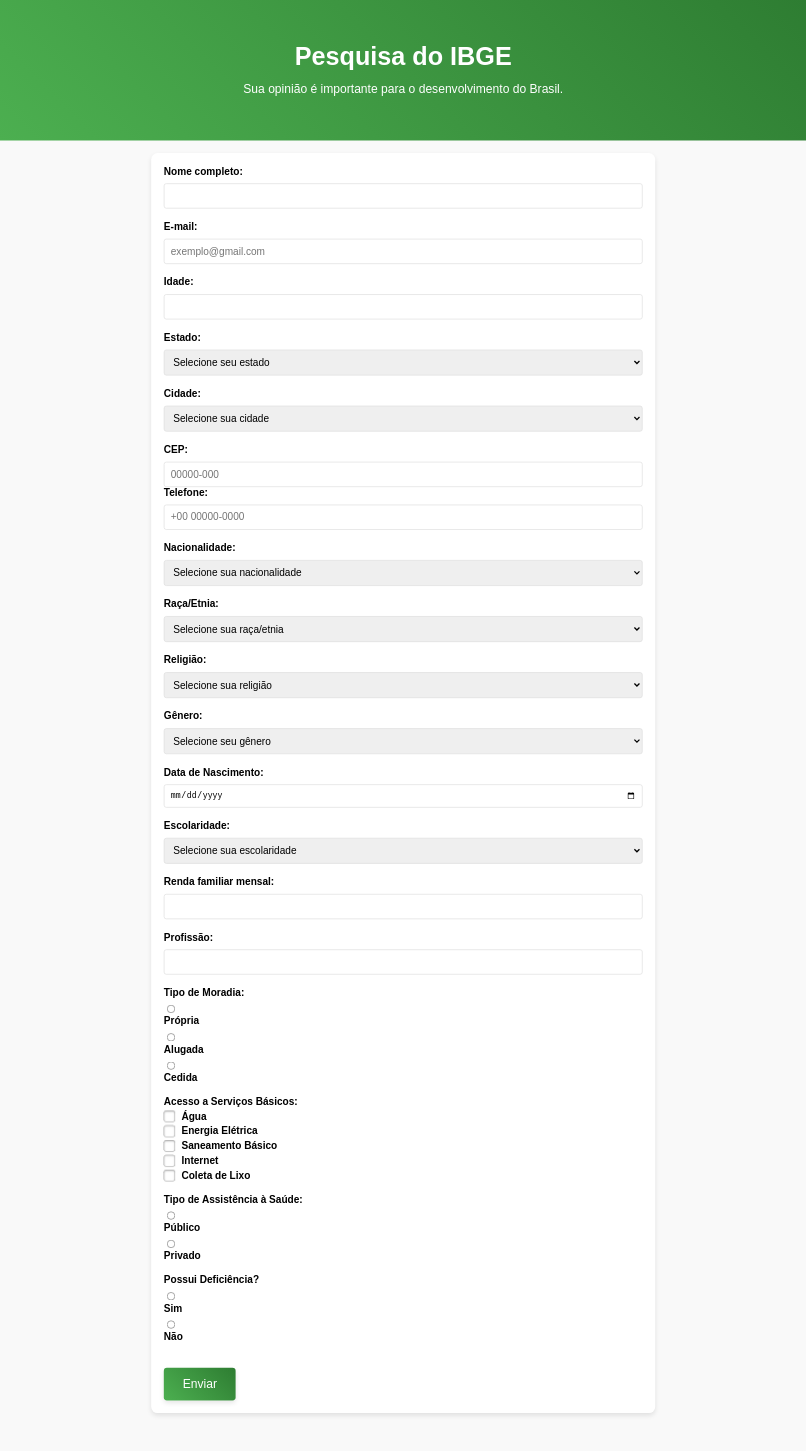
Repository: Gabrielb0rn/Projeto-Formul-rio.io
Page: index.html
The author's editor kept a copy of each file at every save. The page is drawn from the files as they stood at one save, then again after the next save.
The browser window is 1280 px wide. The pictures show the whole page, at 63% of full size.

Above is the page before, as saved 2024-07-01 09:23:23.

### index.html
<!DOCTYPE html>
<html lang="pt-BR">
<head>
    <meta charset="UTF-8">
    <meta name="viewport" content="width=device-width, initial-scale=1.0">
    <title>Pesquisa do IBGE</title>
    <link rel="stylesheet" href="assets/style.css">
</head>
<body>
    <header>
        <div class="container">
            <h1>Pesquisa do IBGE</h1>
            <p>Sua opinião é importante para o desenvolvimento do Brasil.</p>
        </div>
    </header>
    <main>
        <div class="container">
            <form id="form">
                <div class="form-group">
                    <label for="nome">Nome completo:</label>
                    <input type="text" id="nome" name="nome" required>
                </div>
                <div class="form-group">
                    <label for="email">E-mail:</label>
                    <input type="email" id="email" name="email" required placeholder="exemplo@gmail.com">
                </div>
                <div class="form-group">
                    <label for="idade">Idade:</label>
                    <input type="number" id="idade" name="idade" required>
                </div>
                <div class="form-group">
                    <label for="estado">Estado:</label>
                    <select id="estado" name="estado" required>
                        <option value="">Selecione seu estado</option>
                        <option value="AC">Acre</option>
                        <option value="AL">Alagoas</option>
                        <option value="AP">Amapá</option>
                        <option value="AM">Amazonas</option>
                        <option value="BA">Bahia</option>
                        <option value="CE">Ceará</option>
                        <option value="DF">Distrito Federal</option>
                        <option value="ES">Espírito Santo</option>
                        <option value="GO">Goiás</option>
                        <option value="MA">Maranhão</option>
                        <option value="MG">Minas Gerais</option>
                        <option value="MS">Mato Grosso do Sul</option>
                        <option value="MT">Mato Grosso</option>
                        <option value="PA">Pará</option>
                        <option value="PB">Paraíba</option>
                        <option value="PE">Pernambuco</option>
                        <option value="PI">Piauí</option>
                        <option value="PR">Paraná</option>
                        <option value="RJ">Rio de Janeiro</option>
                        <option value="RN">Rio Grande do Norte</option>
                        <option value="RO">Rondônia</option>
                        <option value="RR">Roraima</option>
                        <option value="RS">Rio Grande do Sul</option>
                        <option value="SC">Santa Catarina</option>
                        <option value="SE">Sergipe</option>
                        <option value="SP">São Paulo</option>
                        <option value="TO">Tocantins</option>
                    </select>
                </div>
                <div class="form-group inline-group">
                    <div class="form-group">
                        <label for="cidade">Cidade:</label>
                        <select id="cidade" name="cidade" required>
                            <option value="">Selecione sua cidade</option>
                        </select>
                    </div>
                </div>
                <div class="form-group inline-group">
                    <div>
                        <label for="cep">CEP:</label>
                        <input type="text" id="cep" name="cep" required placeholder="00000-000">
                    </div>
                    <div>
                        <label for="telefone">Telefone:</label>
                        <input type="tel" id="telefone" name="telefone" required placeholder="+00 00000-0000">
                    </div>
                </div>
                <div class="form-group">
                    <label for="nacionalidade">Nacionalidade:</label>
                    <select id="nacionalidade" name="nacionalidade" required>
                        <option value="">Selecione sua nacionalidade</option>
                        <option value="Brasileiro">Brasileiro</option>
                        <option value="Estrangeiro">Estrangeiro</option>
                    </select>
                </div>
                <div class="form-group">
                    <label for="raca">Raça/Etnia:</label>
                    <select id="raca" name="raca" required>
                        <option value="">Selecione sua raça/etnia</option>
                        <option value="Branca"></option>
                        <option value="Preta"></option>
                        <option value="Parda"></option>
                        <option value="Amarela"></option>
                        <option value="Indígena"></option>
                        <option value="Alien"></option>
                    </select>
                </div>
                <div class="form-group">
                    <label for="religiao">Religião:</label>
                    <select id="religiao" name="religiao" required>
                        <option value="">Selecione sua religião</option>
                        <option value="Católica"></option>
                        <option value="Evangélica"></option>
                        <option value="Espírita"></option>
                        <option value="Outras"></option>
                    </select>
                </div>
                <div class="form-group">
                    <label for="genero">Gênero:</label>
                    <select id="genero" name="genero" required>
                        <option value="">Selecione seu gênero</option>
                        <option value="Masculino">Masculino</option>
                        <option value="Feminino">Feminino</option>
                        <option value="Outro">Outro</option>
                    </select>
                </div>
                <div class="form-group">
                    <label for="data_nascimento">Data de Nascimento:</label>
                    <input type="date" id="data_nascimento" name="data_nascimento" required>
                </div>
                <div class="form-group">
                    <label for="escolaridade">Escolaridade:</label>
                    <select id="escolaridade" name="escolaridade" required>
                        <option value="">Selecione sua escolaridade</option>
                        <option value="Ensino Fundamental Incompleto">Ensino Fundamental Incompleto</option>
                        <option value="Ensino Fundamental Completo">Ensino Fundamental Completo</option>
                        <option value="Ensino Médio Incompleto">Ensino Médio Incompleto</option>
                        <option value="Ensino Médio Completo">Ensino Médio Completo</option>
                        <option value="Superior Incompleto">Superior Incompleto</option>
                        <option value="Superior Completo">Superior Completo</option>
                        <option value="Pós-Graduação">Pós-Graduação</option>
                    </select>
                </div>
                <div class="form-group">
                    <label for="renda">Renda familiar mensal:</label>
                    <input type="number" id="renda" name="renda" required>
                </div>
                <div class="form-group">
                    <label for="profissao">Profissão:</label>
                    <input type="text" id="profissao" name="profissao">
                </div>
                <div class="form-group radio-group">
                    <label>Tipo de Moradia:</label>
                    <div>
                        <input type="radio" id="propria" name="moradia" value="propria">
                        <label for="propria">Própria</label>
                    </div>
                    <div>
                        <input type="radio" id="alugada" name="moradia" value="alugada">
                        <label for="alugada">Alugada</label>
                    </div>
                    <div>
                        <input type="radio" id="cedida" name="moradia" value="cedida">
                        <label for="cedida">Cedida</label>
                    </div>
                </div>
                <div class="form-group checkbox-group">
                    <label>Acesso a Serviços Básicos:</label>
                    <div class="checkbox-wrapper-1">
                        <input id="agua" class="substituted" type="checkbox" name="servicos" value="agua">
                        <label for="agua">Água</label>
                    </div>
                    <div class="checkbox-wrapper-1">
                        <input id="energia" class="substituted" type="checkbox" name="servicos" value="energia">
                        <label for="energia">Energia Elétrica</label>
                    </div>
                    <div class="checkbox-wrapper-1">
                        <input id="saneamento" class="substituted" type="checkbox" name="servicos" value="saneamento">
                        <label for="saneamento">Saneamento Básico</label>
                    </div>
                    <div class="checkbox-wrapper-1">
                        <input id="internet" class="substituted" type="checkbox" name="servicos" value="internet">
                        <label for="internet">Internet</label>
                    </div>
                    <div class="checkbox-wrapper-1">
                        <input id="lixo" class="substituted" type="checkbox" name="servicos" value="lixo">
                        <label for="lixo">Coleta de Lixo</label>
                    </div>
                </div>
                <div class="form-group radio-group">
                    <label>Tipo de Assistência à Saúde:</label>
                    <div>
                        <input type="radio" id="publico" name="saude" value="publico">
                        <label for="publico">Público</label>
                    </div>
                    <div>
                        <input type="radio" id="privado" name="saude" value="privado">
                        <label for="privado">Privado</label>
                    </div>
                </div>
                <div class="form-group radio-group">
                    <label>Possui Deficiência?</label>
                    <div>
                        <input type="radio" id="sim" name="deficiencia" value="sim">
                        <label for="sim">Sim</label>
                    </div>
                    <div>
                        <input type="radio" id="nao" name="deficiencia" value="nao">
                        <label for="nao">Não</label>
                    </div>
                </div>
                <button type="submit" class="btn">Enviar</button>
            </form>
        </div>

    </main>
    <script src="assets\scripts.js"></script>
</body>
</html>

### assets/style.css
/* Estilos Globais */
body {
    font-family: 'Arial', sans-serif;
    margin: 0;
    padding: 0;
    background-color: #f9f9f9;
}

header {
    background: linear-gradient(45deg, #4CAF50, #2E7D32);
    color: white;
    padding: 20px 0;
    text-align: center;
}

.container {
    width: 90%;
    max-width: 800px;
    margin: 0 auto;
    padding: 20px;
}

/* Estilos de Texto */
h1 {
    font-size: 2.5em;
    margin-bottom: 10px;
}

p {
    font-size: 1.2em;
    margin-bottom: 30px;
}

/* Estilos do Formulário */
form {
    background-color: white;
    padding: 20px;
    border-radius: 10px;
    box-shadow: 0 4px 8px rgba(0, 0, 0, 0.1);
    margin-bottom: 40px;
}

.form-group {
    margin-bottom: 20px;
}

label {
    display: block;
    margin-bottom: 5px;
    font-weight: bold;
}

input, select {
    width: 100%;
    padding: 10px;
    border: 1px solid #ddd;
    border-radius: 4px;
    box-sizing: border-box;
    font-size: 1em;
    margin-top: 5px;
}

input[type="radio"], input[type="checkbox"] {
    width: auto;
    margin-right: 10px;
}

input[type="date"] {
    padding: 9px;
}

button {
    background: linear-gradient(45deg, #4CAF50, #2E7D32);
    color: white;
    border: none;
    padding: 15px 30px;
    text-align: center;
    cursor: pointer;
    border-radius: 5px;
    font-size: 1.2em;
    margin-top: 20px;
    transition: background 0.3s ease, transform 0.2s ease;
    box-shadow: 0 4px 8px rgba(0, 0, 0, 0.1);
}

button:hover {
    background: linear-gradient(45deg, #45a049, #388E3C);
    transform: translateY(-2px);
}

/* Estilos Responsivos */
@media (max-width: 600px) {
    h1 {
        font-size: 2em;
    }

    p {
        font-size: 1em;
    }

    form {
        padding: 15px;
    }

    button {
        width: 100%;
        padding: 15px;
    }
}

.checkbox-wrapper-1 *,
        .checkbox-wrapper-1 ::after,
        .checkbox-wrapper-1 ::before {
            box-sizing: border-box;
        }
        .checkbox-wrapper-1 [type=checkbox].substituted {
            display: none;
        }
        .checkbox-wrapper-1 [type=checkbox].substituted + label:before {
            content: "";
            display: inline-block;
            vertical-align: top;
            height: 1.15em;
            width: 1.15em;
            margin-right: 0.6em;
            color: rgba(0, 0, 0, 0.275);
            border: solid 0.06em;
            box-shadow: 0 0 0.04em, 0 0.06em 0.16em -0.03em inset, 0 0 0 0.07em transparent inset;
            border-radius: 0.2em;
            background: url('data:[embedded picture, 371 characters]') no-repeat center, white;
            background-size: 0;
            will-change: color, border, background, background-size, box-shadow;
            transform: translate3d(0, 0, 0);
            transition: color 0.1s, border 0.1s, background 0.15s, box-shadow 0.1s;
        }
        .checkbox-wrapper-1 [type=checkbox].substituted:enabled:active + label:before,
        .checkbox-wrapper-1 [type=checkbox].substituted:enabled + label:active:before {
            box-shadow: 0 0 0.04em, 0 0.06em 0.16em -0.03em transparent inset, 0 0 0 0.07em rgba(0, 0, 0, 0.1) inset;
            background-color: #f0f0f0;
        }
        .checkbox-wrapper-1 [type=checkbox].substituted:checked + label:before {
            background-color: #3B99FC;
            background-size: 0.75em;
            color: rgba(0, 0, 0, 0.075);
        }
        .checkbox-wrapper-1 [type=checkbox].substituted:checked:enabled:active + label:before,
        .checkbox-wrapper-1 [type=checkbox].substituted:checked:enabled + label:active:before {
            background-color: #0a7ffb;
            color: rgba(0, 0, 0, 0.275);
        }
        .checkbox-wrapper-1 [type=checkbox].substituted:focus + label:before {
            box-shadow: 0 0 0.04em, 0 0.06em 0.16em -0.03em transparent inset, 0 0 0 0.07em rgba(0, 0, 0, 0.1) inset, 0 0 0 3.3px rgba(65, 159, 255, 0.55), 0 0 0 5px rgba(65, 159, 255, 0.3);
        }
        .checkbox-wrapper-1 [type=checkbox].substituted:focus:active + label:before,
        .checkbox-wrapper-1 [type=checkbox].substituted:focus + label:active:before {
            box-shadow: 0 0 0.04em, 0 0.06em 0.16em -0.03em transparent inset, 0 0 0 0.07em rgba(0, 0, 0, 0.1) inset, 0 0 0 3.3px rgba(65, 159, 255, 0.55), 0 0 0 5px rgba(65, 159, 255, 0.3);
        }
        .checkbox-wrapper-1 [type=checkbox].substituted:disabled + label:before {
            opacity: 0.5;
        }
        .checkbox-wrapper-1 [type=checkbox].substituted.dark + label:before {
            color: rgba(255, 255, 255, 0.275);
            background-color: #222;
            background-image: url('data:[embedded picture, 389 characters]');
        }
        .checkbox-wrapper-1 [type=checkbox].substituted.dark:enabled:active + label:before,
        .checkbox-wrapper-1 [type=checkbox].substituted.dark:enabled + label:active:before {
            background-color: #444;
            box-shadow: 0 0 0.04em, 0 0.06em 0.16em -0.03em transparent inset, 0 0 0 0.07em rgba(255, 255, 255, 0.1) inset;
        }
        .checkbox-wrapper-1 [type=checkbox].substituted.dark:checked + label:before {
            background-color: #a97035;
            color: rgba(255, 255, 255, 0.075);
        }
        .checkbox-wrapper-1 [type=checkbox].substituted.dark:checked:enabled:active + label:before,
        .checkbox-wrapper-1 [type=checkbox].substituted.dark:checked:enabled + label:active:before {
            background-color: #c68035;
            color: rgba(0, 0, 0, 0.275);
        }
        .checkbox-wrapper-1 [type=checkbox].substituted + label {
            -webkit-user-select: none;
            user-select: none;
        }

### assets/scripts.js
document.addEventListener('DOMContentLoaded', function() {
    const estadoSelect = document.getElementById('estado');
    const cidadeSelect = document.getElementById('cidade');

    const cidadesPorEstado = {
        "AC": ["Rio Branco", "Cruzeiro do Sul", "Sena Madureira"],
        "AL": ["Maceió", "Arapiraca", "Palmeira dos Índios"],
        "AP": ["Macapá", "Santana", "Laranjal do Jari"],
        "AM": ["Manaus", "Parintins", "Itacoatiara"],
        "BA": ["Salvador", "Feira de Santana", "Vitória da Conquista"],
        "CE": ["Fortaleza", "Caucaia", "Juazeiro do Norte"],
        "DF": ["Brasília"],
        "ES": ["Vitória", "Vila Velha", "Serra"],
        "GO": ["Goiânia", "Aparecida de Goiânia", "Anápolis"],
        "MA": ["São Luís", "Imperatriz", "Timon"],
        "MG": ["Belo Horizonte", "Uberlândia", "Contagem"],
        "MS": ["Campo Grande", "Dourados", "Três Lagoas"],
        "MT": ["Cuiabá", "Várzea Grande", "Rondonópolis"],
        "PA": ["Belém", "Ananindeua", "Santarém"],
        "PB": ["João Pessoa", "Campina Grande", "Santa Rita"],
        "PE": ["Recife", "Jaboatão dos Guararapes", "Olinda"],
        "PI": ["Teresina", "Parnaíba", "Picos"],
        "PR": ["Curitiba", "Londrina", "Maringá"],
        "RJ": ["Rio de Janeiro", "Niterói", "Duque de Caxias"],
        "RN": ["Natal", "Mossoró", "Parnamirim"],
        "RO": ["Porto Velho", "Ji-Paraná", "Ariquemes"],
        "RR": ["Boa Vista", "Rorainópolis", "Caracaraí"],
        "RS": ["Porto Alegre", "Caxias do Sul", "Pelotas"],
        "SC": ["Florianópolis", "Joinville", "Blumenau"],
        "SE": ["Aracaju", "Nossa Senhora do Socorro", "Lagarto"],
        "SP": ["São Paulo", "Campinas", "São Bernardo do Campo"],
        "TO": ["Palmas", "Araguaína", "Gurupi"]
    };

    estadoSelect.addEventListener('change', function() {
        const estadoSelecionado = estadoSelect.value;
        cidadeSelect.innerHTML = '<option value="">Selecione sua cidade</option>'; //Script para limpar as outras opc

        if (estadoSelecionado) {
            const cidades = cidadesPorEstado[estadoSelecionado];
            cidades.forEach(function(cidade) {
                const option = document.createElement('option');
                option.value = cidade;
                option.textContent = cidade;
                cidadeSelect.appendChild(option);
            });
        }
    });
});

After the next save:
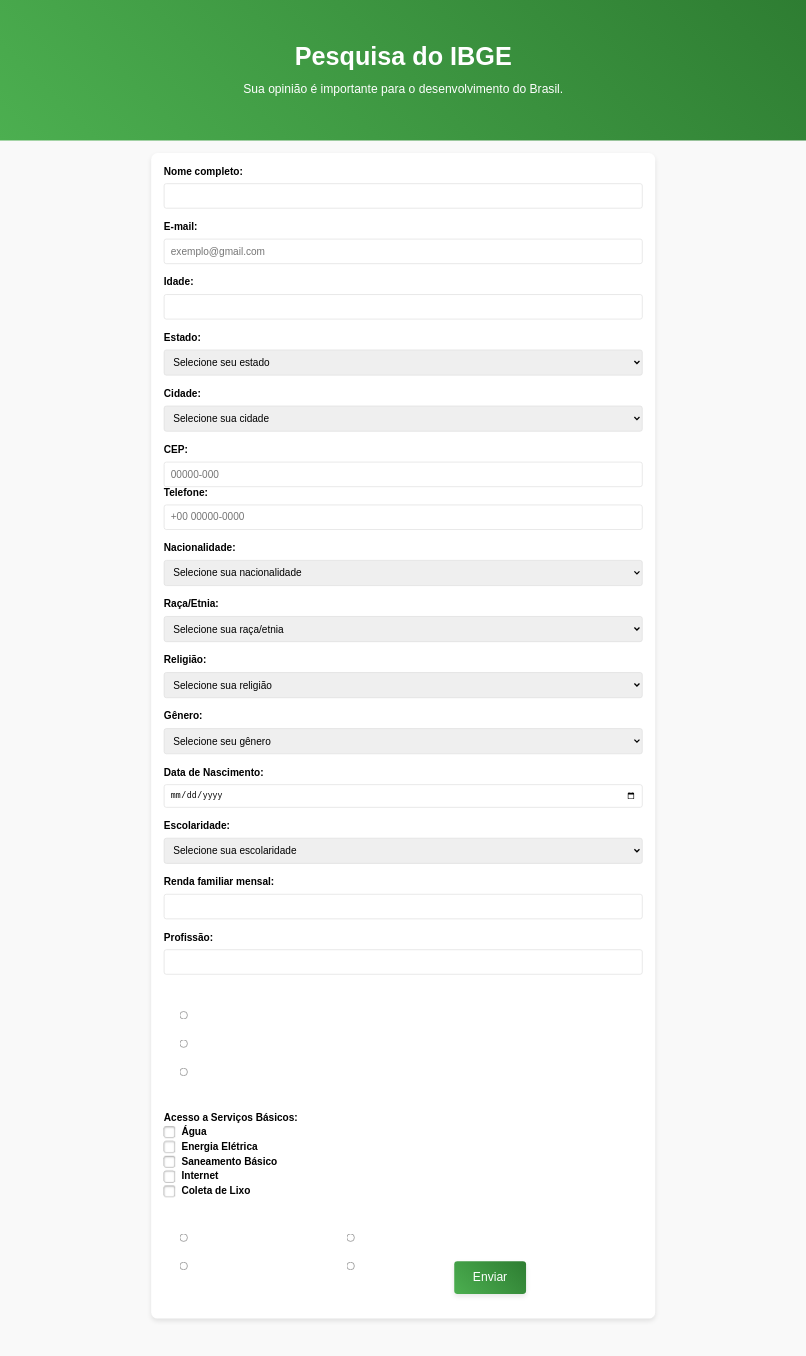
Saved 3 min 26 s later.
--- a/assets/style.css
+++ b/assets/style.css
@@ -108,6 +108,16 @@
     }
 }
 
+.form-group.radio-group{
+    display: inline-block;2E7D32);
+    color: white;
+    padding: 10px 20px;
+    border: none;
+    border-radius: 4px;
+    cursor: pointer;
+    font-size: 1em;
+}
+
 .checkbox-wrapper-1 *,
         .checkbox-wrapper-1 ::after,
         .checkbox-wrapper-1 ::before {
